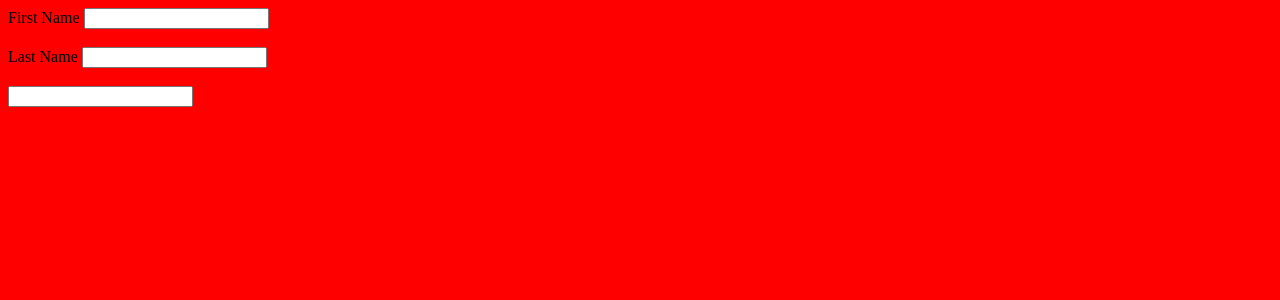
Repository: Fariaddd/codefactor-stylesheet
Page: index.html
The author's editor kept a copy of each file at every save. The page is drawn from the files as they stood at one save, then again after the next save.
The browser window is 1280 px wide. The pictures show the whole page.

Above is the page before, as saved 2021-11-17 19:02:32.

### index.html
<!DOCTYPE html>
<html lang="en">
  <head>
    <meta charset="UTF-8" />
    <meta http-equiv="X-UA-Compatible" content="IE=edge" />
    <meta name="viewport" content="width=device-width, initial-scale=1.0" />
    <title>Document</title>
    <link rel="stylesheet" href="./styles/styles.css" />
  </head>
  <body>
    <form action="/action">
      <label for="firstname">First Name</label>
      <input type="text" id="firstname" name="firstname" /><br /><br />
      <label for="lastname">Last Name</label>
      <input type="text" id="lastname" name="lastname" /><br /><br />
      <input type="sumbut" />
    </form>
  </body>
</html>

### styles/styles.css
body {
  background-color: red;
}
h1 {
  font-size: 26px;
  color: purple;
}

p {
  font-size: 16px;
  color: royalblue;
}

After the next save:
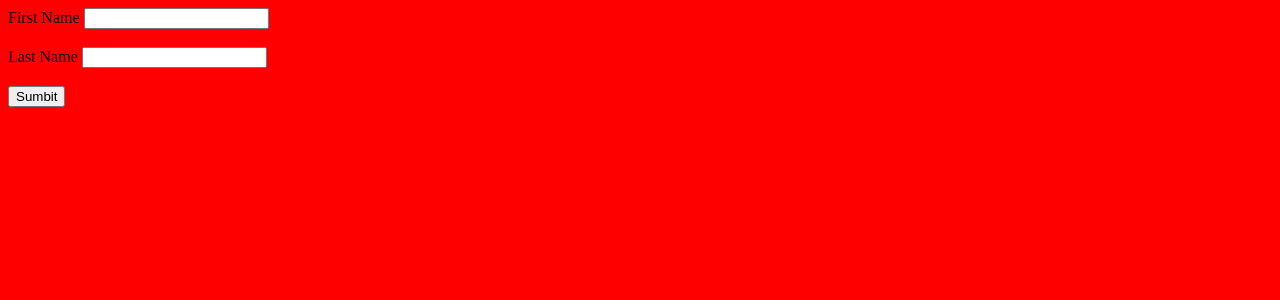
Saved 17 s later.
--- a/index.html
+++ b/index.html
@@ -13,7 +13,7 @@
       <input type="text" id="firstname" name="firstname" /><br /><br />
       <label for="lastname">Last Name</label>
       <input type="text" id="lastname" name="lastname" /><br /><br />
-      <input type="sumbut" />
+      <input type="submit" value="Sumbit" />
     </form>
   </body>
 </html>
